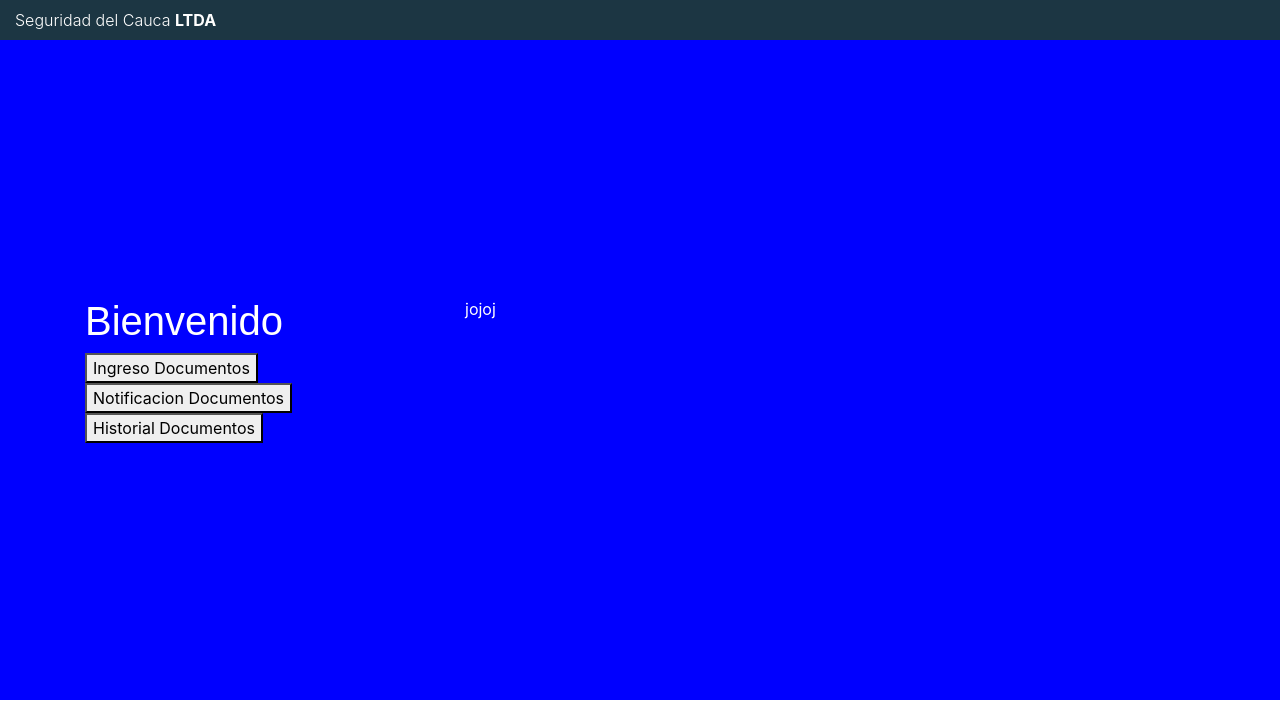
Repository: CristianPalta1/pages_react
Page: /Dashboard
The author's editor kept a copy of each file at every save. The page is drawn from the files as they stood at one save, then again after a run of saves.
The browser window is 1280 px wide. The pictures show the whole page.
The project was rebuilt for these pictures with package versions that can differ from the ones it lists, and the page was loaded fresh each time. Also part of the build but not shown: src/components/Forms.jsx, src/pages/Inicio.jsx, src/pages/IngresoDoc.jsx, src/pages/NotifiDoc.jsx, src/components/Registros.jsx, src/components/styles/BadgesList.css, src/components/BadgeList.jsx, src/components/styles/Badges.css and 3 more.

Above is the page before, as saved 2019-08-25 14:18:05.

After the next 5 saves:
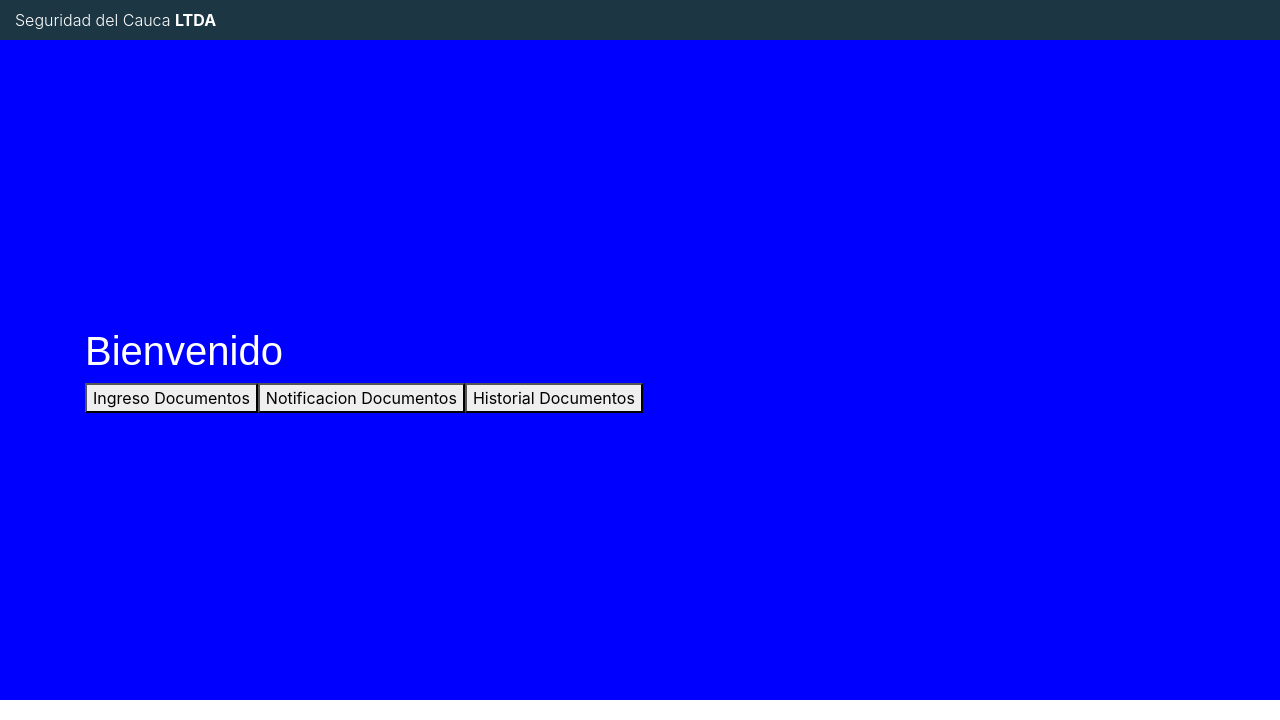
The 5 saves are shown as one change because 2 did not build or start and some came seconds apart.
The last was saved 50 s later.
--- a/src/components/Container.jsx
+++ b/src/components/Container.jsx
@@ -6,15 +6,15 @@ class Carousel extends Component {
     return (
       <div className="Home">
         <div className="container">
-          <div className="row">
-            <div className="col-4">
+          {/* <div className="row"> */}
+            {/* <div className="col-4"> */}
               <h1>Bienvenido </h1>
               <button>Ingreso Documentos</button>
               <button>Notificacion Documentos</button>
               <button>Historial Documentos</button>
-            </div>
-            <div className="col-8">jojoj</div>
-          </div>
+            {/* </div> */}
+            {/* <div className="col-8">jojoj</div> */}
+          {/* </div> */}
         </div>
       </div>
     );
